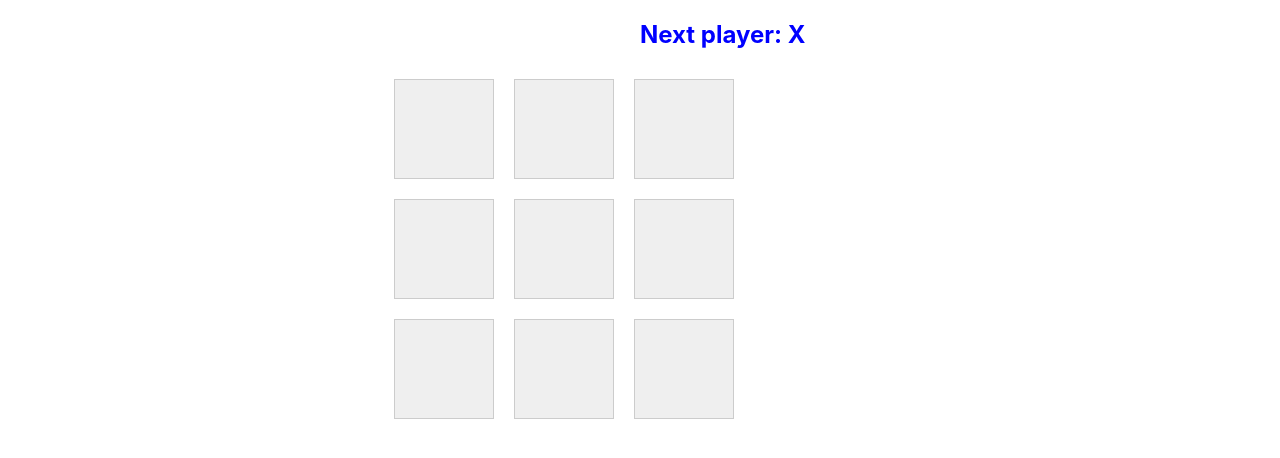
Repository: sedat-akdogan/React_Revision
Page: / (app in tic-tac-toe/)
An editor plug-in stored every save of this project. The page is shown before and after the next save, followed by the edit.
The browser window is 1280 px wide. The pictures show the whole page.
The project was rebuilt for these pictures with package versions that can differ from the ones it lists, and the page was loaded fresh each time.

Above is the page before, as saved 2023-05-13 00:45:41.

### tic-tac-toe/src/index.css
body {
    margin: 0;
    font-family: -apple-system, BlinkMacSystemFont, 'Segoe UI', 'Roboto', 'Oxygen',
        'Ubuntu', 'Cantarell', 'Fira Sans', 'Droid Sans', 'Helvetica Neue',
        sans-serif;
    -webkit-font-smoothing: antialiased;
    -moz-osx-font-smoothing: grayscale;
}

code {
    font-family: source-code-pro, Menlo, Monaco, Consolas, 'Courier New',
        monospace;
}

.square {
    width: 100px;
    height: 100px;
    font-size: 24px;
    border: 1px solid #ccc;
    display: inline-block;
    justify-content: center;
    align-items: center;
}

.board-row {
    margin-left: 30%;
    display: flex;
}

.board-row .square {
    margin: 10px;
}

.board-row:last-child .square {
    margin-bottom: 0;
}

.status {
    color: blue;
    font-size: 24px;
    margin-top: 20px;
    margin-bottom: 20px;
    margin-left: 50%;
    font-weight: bold;
}

### tic-tac-toe/src/App.js
import { useState } from 'react';


function Square({ value, onSquareClick }) {
    return (
        <button className="square" onClick={onSquareClick}>
            {value}
        </button>
    );
}

export default function Board() {
    const [xIsNext, setXIsNext] = useState(true);
    const [squares, setSquares] = useState(Array(9).fill(null));

    function handleClick(i) {
        if (squares[i] || calculateWinner(squares)) {
            return;
        }
        const nextSquares = squares.slice();
        if (xIsNext) {
            nextSquares[i] = 'X';
        } else {
            nextSquares[i] = 'O';
        }
        setSquares(nextSquares);
        setXIsNext(!xIsNext);
    }

    const winner = calculateWinner(squares);
    let status;
    if (winner) {
        status = "Winner: " + winner;
    } else {
        status = "Next player: " + (xIsNext ? "X" : "O");
    }

    return (
        <>
            <div className="status">{status}</div>
            <div className="board-row">
                <Square value={squares[0]} onSquareClick={() => handleClick(0)} />
                <Square value={squares[1]} onSquareClick={() => handleClick(1)} />
                <Square value={squares[2]} onSquareClick={() => handleClick(2)} />
            </div>
            <div className="board-row">
                <Square value={squares[3]} onSquareClick={() => handleClick(3)} />
                <Square value={squares[4]} onSquareClick={() => handleClick(4)} />
                <Square value={squares[5]} onSquareClick={() => handleClick(5)} />
            </div>
            <div className="board-row">
                <Square value={squares[6]} onSquareClick={() => handleClick(6)} />
                <Square value={squares[7]} onSquareClick={() => handleClick(7)} />
                <Square value={squares[8]} onSquareClick={() => handleClick(8)} />
            </div>
        </>
    );
}

function calculateWinner(squares) {
    const lines = [
        [0, 1, 2],
        [3, 4, 5],
        [6, 7, 8],
        [0, 3, 6],
        [1, 4, 7],
        [2, 5, 8],
        [0, 4, 8],
        [2, 4, 6]
    ];
    for (let i = 0; i < lines.length; i++) {
        const [a, b, c] = lines[i];
        if (squares[a] && squares[a] === squares[b] && squares[a] === squares[c]) {
            return squares[a];
        }
    }
    return null;
}

Loaded but not shown: tic-tac-toe/public/index.html (common file); tic-tac-toe/src/index.js (common file); tic-tac-toe/src/reportWebVitals.js (common file)

After the next save:
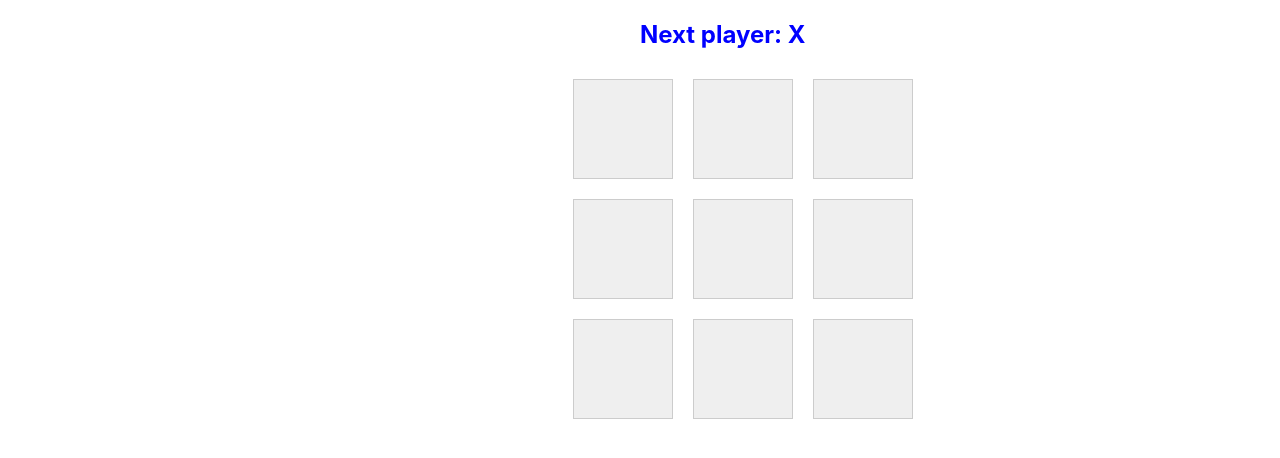
Saved 13 s later.
--- a/tic-tac-toe/src/index.css
+++ b/tic-tac-toe/src/index.css
@@ -23,7 +23,7 @@ code {
 }
 
 .board-row {
-    margin-left: 30%;
+    margin-left: 44%;
     display: flex;
 }
 
